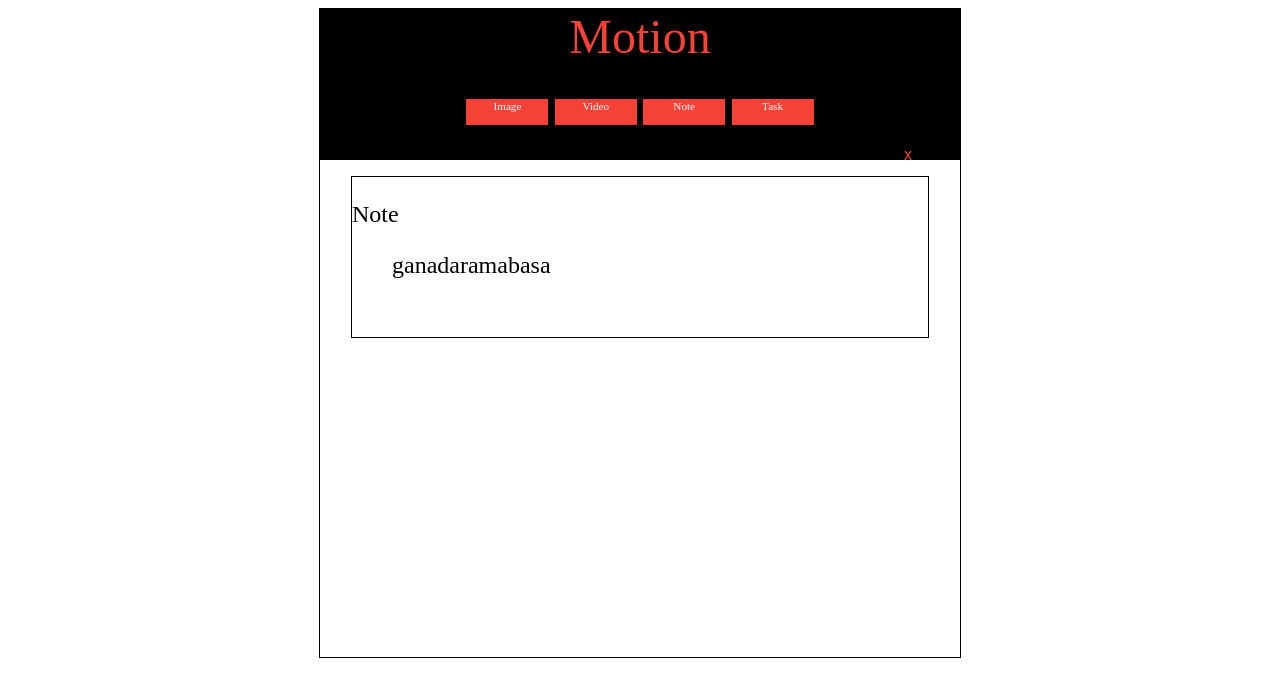
Repository: DevMinwoo-Jung/typescript
Page: motion/index.html
The author's editor kept a copy of each file at every save. The page is drawn from the files as they stood at one save, then again after the next save.
The browser window is 1280 px wide. The pictures show the whole page.

Above is the page before, as saved 2021-10-12 14:54:17.

### motion/index.html
<!DOCTYPE html>
<html lang="en">
<head>
  <meta charset="UTF-8">
  <meta http-equiv="X-UA-Compatible" content="IE=edge">
  <meta name="viewport" content="width=device-width, initial-scale=1.0">
  <title>Document</title>
  <script src="build/main.js"></script>
  <link rel="stylesheet" href="index.module.css">
</head>
<body>
  <section class="main__section">
    <div class="header__contents">
      <header class="haeder">Motion</header>
        <div class="item__category">
          <div class="category">Image</div>
          <div class="category">Video</div>
          <div class="category">Note</div>
          <div class="category">Task</div>
        </div>
    </div>
    <!-- <div class="img__div">
      <img class="img" src="img/money.png" alt="">
      <div class="text__div">
        <p class="text">Img</p>
        <button class="closeBtn__box">x</button>
      </div>
    </div> -->
    <!-- <div class="video__box">
      <iframe class="vidoe" src="https://www.youtube.com/embed/fGcmOlOI3uo" title="YouTube video player" frameborder="0" allow="accelerometer; autoplay; clipboard-write; encrypted-media; gyroscope; picture-in-picture" allowfullscreen></iframe>
      <div class="text__div">
        <p class="text">Video</p>
        <button class="closeBtn__box">x</button>
      </div>
    </div> -->
    <div class="note__box">
      <div class="text__box">
        <p>Note</p>
        <ul>ganadaramabasa</ul>
        <button class="closeBtn__box">x</button>
      </div>
    </div>
    <!-- <div class="video__div">
      <iframe class="vidoe" src="https://www.youtube.com/embed/fGcmOlOI3uo" title="YouTube video player" frameborder="0" allow="accelerometer; autoplay; clipboard-write; encrypted-media; gyroscope; picture-in-picture" allowfullscreen></iframe>
      <div class="text__div">
        <p class="text">Video</p>
        <button class="closeBtn__box">x</button>
      </div>
    </div> -->
  </section>
  <!-- <section class="image__section">
    <div class="input__div">
      <div class="title">
        <button class="closeBtn">x</button>
        <span>Title</span><br/>
        <input class="input" type="text"><br/>
        <span>URL</span><br/>
        <input type="text">
        <button class="addBtn">Add</button>
      </div>
    </div>
  </section> -->
  <!-- <section class="video__section">
    <div class="input__div">
      <div class="title">
        <button class="closeBtn">x</button>
        <span>Title</span><br/>
        <input class="input" type="text"><br/>
        <span>URL</span><br/>
        <input type="text">
        <button class="addBtn">Add</button>
      </div>
    </div>
  </section> -->
  <!-- <section class="Note__section">
    <div class="note__div">
      <div class="title">
        <button class="closeBtn">x</button>
        <span>Title</span><br/>
        <input  type="text"><br/>
        <span>Body</span><br/>
        <input class="Note__input" type="text">
        <button class="addBtn">Add</button>
      </div>
    </div>
  </section> -->
  <!-- <section class="Task__section">
    <div class="input__div">
      <div class="title">
        <button class="closeBtn">x</button>
        <span>Title</span><br/>
        <input class="input" type="text"><br/>
        <span>URL</span><br/>
        <input type="text">
        <button class="addBtn">Add</button>
      </div>
    </div>
  </section> -->
</body>
</html>

### motion/index.module.css
:root {
  --color-red: #f44336;
  --color-white: white;
  --color-black: black;
  --color-yellow: rgb(253, 253, 171);
}

.main__section {
  margin: auto;
  width: 40rem;
  border: 1px solid black;
  height: 90vh;
}

.header__contents {
  background-color: var(--color-black);
}

.haeder {
  font-size: 3rem;
  text-align: center;
  color: var(--color-red);
}

.item__category {
  text-align: center;
  font-size: 1rem;
  padding-top: 2rem;
  padding-bottom: 2rem;
  display: flex;
  justify-content: center;
}

.category {
  margin: 0.2rem;
  border: 1px solid var(--color-red);
  background-color: var(--color-red);
  width: 5rem;
  height: 1.5rem;
  color: var(--color-white);
  cursor: pointer;
  font-size: 0.7rem;
}

/* show section */
.img__div {
  width: 90%;
  height: 15rem;
  border: 1px solid;
  margin: 1rem auto;
  display: flex;
}

.img {
  width: 60%;
  height: 100%;
}

.text__div {
  position: relative;
  width: 40%;
  height: 100%;
  text-align: center;
  display: flex;
  justify-content: center;
  align-items: center;
  font-size: 4rem;
  font-weight: bold;
}

.video__box {
  width: 90%;
  height: 15rem;
  border: 1px solid;
  margin: 1rem auto;
  display: flex;
}

.video {
  width: 60%;
  height: 100%;
}

.note__box {
  width: 90%;
  height: 10rem;
  border: 1px solid;
  margin: 1rem auto;
  display: flex;
  position: relative;
}

.text__box {
  display: block;
  width: 40%;
  height: 100%;
  text-align: left;
  font-size: 1.5rem;
}

/* add section */
.input__div {
  position: absolute;
  width: 30rem;
  height: 10rem;
  z-index: 1;
  border: 1px solid black;
  margin: auto;
  left: 0;
  right: 0;
  margin-left: auto;
  margin-right: auto;
  top: 35%;
  background-color: grey;
}

.note__div {
  position: absolute;
  width: 30rem;
  height: 12rem;
  z-index: 1;
  border: 1px solid black;
  margin: auto;
  left: 0;
  right: 0;
  margin-left: auto;
  margin-right: auto;
  top: 35%;
  background-color: grey;
}

.title {
  color: var(--color-yellow);
  font-size: 0.8rem;
  margin-left: 2rem;
  margin-top: 2rem;
  position: relative;
}

input {
  font-size: 1rem;
  width: 90%;
}

.Note__input {
  font-size: 1rem;
  width: 90%;
  height: 3rem;
}

.addBtn {
  position: relative;
  margin-top: 1%;
  margin: 3% 0 0 85%;
  width: 2.5rem;
  height: 1.5rem;
  background-color: var(--color-red);
  color: var(--color-white);
  border: none;
  cursor: pointer;
}

.closeBtn {
  position: absolute;
  font-size: 1rem;
  margin-top: -1rem;
  right: 1.5rem;
  width: 2.5rem;
  height: 1.5rem;
  color: var(--color-red);
  background: none;
  border: none;
  cursor: pointer;
}

.closeBtn__box {
  position: absolute;
  font-size: 1rem;
  margin-top: -10rem;
  right: 0;
  width: 2.5rem;
  height: 1.5rem;
  color: var(--color-red);
  background: none;
  border: none;
  cursor: pointer;
}

Loaded but not shown: motion/build/main.js (no copy from this time; the picture is the same without it)

After the next save:
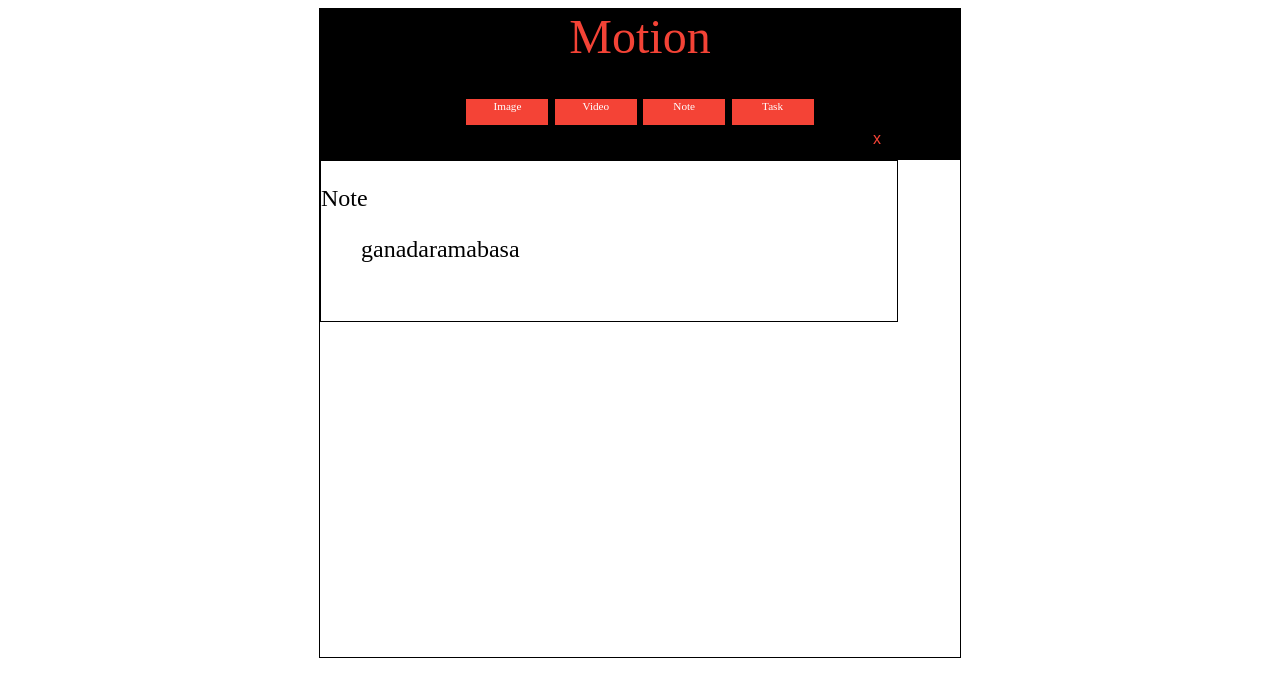
Saved 31 s later.
--- a/motion/index.module.css
+++ b/motion/index.module.css
@@ -85,8 +85,7 @@
   width: 90%;
   height: 10rem;
   border: 1px solid;
-  margin: 1rem auto;
-  display: flex;
+
   position: relative;
 }
 

After the save that followed:
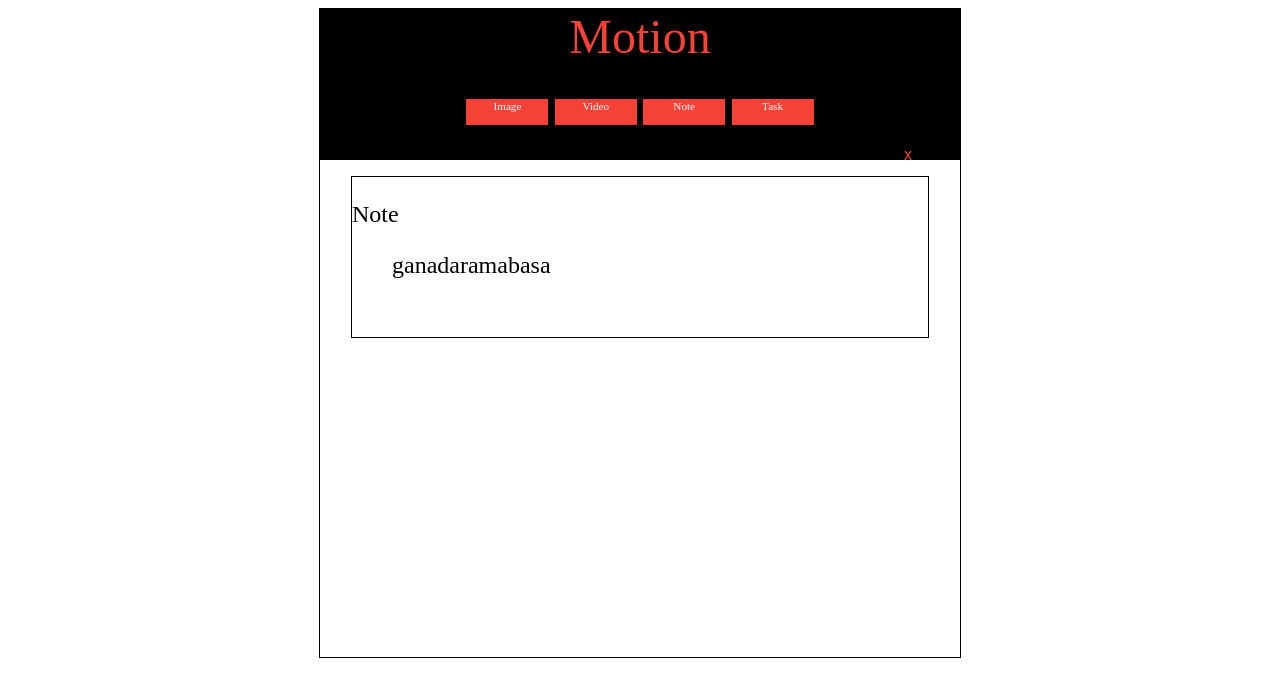
Saved 9 s later.
--- a/motion/index.module.css
+++ b/motion/index.module.css
@@ -85,7 +85,7 @@
   width: 90%;
   height: 10rem;
   border: 1px solid;
-
+  margin: 1rem auto;
   position: relative;
 }
 
